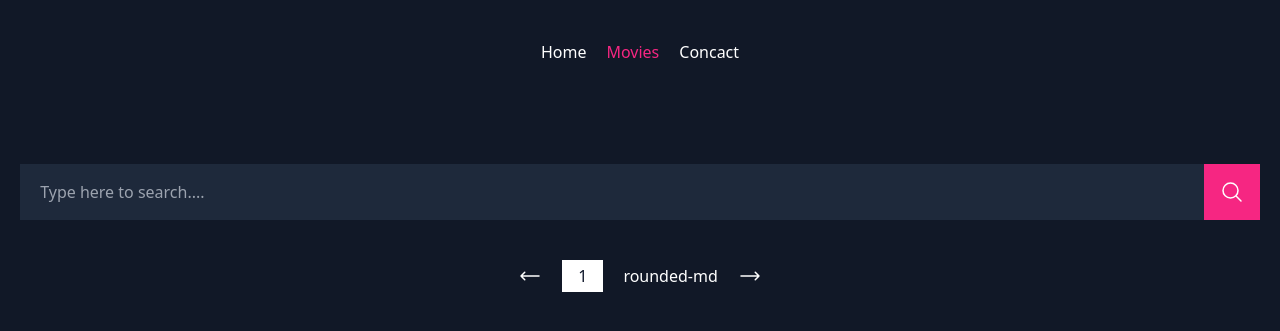
Repository: kieuduc123/ProjectMini-Movies
Page: /movies
These files come from the project's save history. The page is drawn as it stood at one moment and after the next save; the edit follows.
The browser window is 1280 px wide. The pictures show the whole page.
The page's requests for data from a server got no answer. The project was rebuilt for these pictures with package versions that can differ from the ones it lists, and the page was loaded fresh each time. No one was signed in, and anything a server would have sent is missing. Also part of the build but not shown: vite.config.js, src/components/banner/Banner.jsx, src/components/movie/MoviCard.jsx, src/components/movie/MoviList.jsx, src/page/Homepage.jsx, src/page/Concact.jsx, src/page/MoviesDetails.jsx.

Above is the page before, as saved 2023-09-06 22:11:56.

### src/main.jsx
import React from 'react'
import ReactDOM from 'react-dom/client'
import App from './App.jsx'
import './index.scss'
import { BrowserRouter } from 'react-router-dom'

ReactDOM.createRoot(document.getElementById('root')).render(
  <React.StrictMode>
    <BrowserRouter>
    <App />
    </BrowserRouter>
  </React.StrictMode>,
)

### src/App.jsx
import { Fragment } from "react";
// import { NavLink } from "react-router-dom";
import "swiper/scss";
// import MoviList from "./components/movie/MoviList";
import Banner from "./components/banner/Banner";
import { Route, Routes } from "react-router-dom";
import Main from "./layout/Main";
import Homepage from "./page/Homepage";
import MoviesPage from "./page/MoviesPage";
import Concact from "./page/Concact";
import MoviesDetails from "./page/MoviesDetails";


function App() {
  return (
   <Fragment>
    {/* <Banner></Banner> */}

   <Routes>
    <Route  element= {<Main></Main>}>
      {/* <Route path="/" element={<Banner></Banner>}></Route> */}
      <Route path="/" element={
        <>
        <Banner></Banner>
        <Homepage></Homepage>
        </>
        } > </Route>
        <Route path="/movies" element={<MoviesPage></MoviesPage>} >
        </Route>
        <Route  path="/movie/:movieId/" element= {<MoviesDetails></MoviesDetails>}></Route>
        <Route path="/concact" element = {<Concact></Concact>}></Route>
    </Route>
   </Routes>
   </Fragment>
  )
}

export default App

### src/index.scss
@tailwind base;
@tailwind components;
@tailwind utilities;

@layer base {
    body {
        @apply bg-gray-900 px-5 text-white
    }
}
@layer components {
    .page-container {
        max-width: 1280px;
        margin-left: auto;
        margin-right: auto;
    }
    .movies-list .swiper-slide {
        width: 300px !important;
        height: auto;
    }
    .banner .swiper {
        height: 100%;
    }
}

### src/layout/Main.jsx
import React, { Fragment } from 'react';
import Header from './Header';
import { Outlet } from 'react-router-dom';
const Main = () => {
    return (
    <Fragment>
       <Header></Header>
       <Outlet></Outlet>
    </Fragment>


    );
};

export default Main;

### src/page/MoviesPage.jsx
import React, { useEffect, useState } from 'react';
import MoviList from '../components/movie/MoviList';
import { fetcher } from '../config';
import useSWR from "swr";
import MoviCard from '../components/movie/MoviCard';
import useDebounce from '../hooks/useDebounce';

const MoviesPage = () => {
    const [filter,setFileter] = useState("");
    const [url,setUrl] = useState("https://api.themoviedb.org/3/movie/popular?api_key=82f981a5eeb9176fcf0342b76912bc77");
    const filterDebounce = useDebounce(filter,500);
    const handleFilter  = (e) => {
        setFileter(e.target.value);
    };
    const {data,error} = useSWR ( url, fetcher);
    const loading = !data && !error;
   useEffect(() => {
    if(filterDebounce) {
        setUrl(
            `https://api.themoviedb.org/3/search/movie?api_key=82f981a5eeb9176fcf0342b76912bc77&query=${filterDebounce}`);
    } else {
        setUrl(
            `https://api.themoviedb.org/3/movie/popular?api_key=82f981a5eeb9176fcf0342b76912bc7`
        );
    }
   },[filterDebounce]);
   const movies = data ?.results || [];
    return (
        <div className='py-10 page-container'>
            <div className="flex mb-10">
                <div className="flex-1">
                    <input onChange={handleFilter}  type="text" className='w-full p-4  outline-none  bg-slate-800 text-white ' placeholder= " Type here to search...." />
                </div>
                <button className='p-4 bg-primary text-white'>
                <svg xmlns="http://www.w3.org/2000/svg" fill="none" viewBox="0 0 24 24" strokeWidth="1.5" stroke="currentColor" class="w-6 h-6">
                     <path strokeLinecap="round" strokeLinejoin="round" d="M21 21l-5.197-5.197m0 0A7.5 7.5 0 105.196 5.196a7.5 7.5 0 0010.607 10.607z" />
                 </svg>
                </button>
            </div>
         {loading && (
            <div className='w-10 h-10 rounded-full border-4 border-primary border-t-transparent animate-spin'></div>
         )}
        <div className="grid grid-cols-4 gap-10">
            {!loading && movies.length > 0 &&
            movies.map((item) => (
                <MoviCard key={item.id} item={item}></MoviCard>
            ))}
        </div>
        <div className="flex items-center justify-center mb-10 gap-x-5">
            <span>
            <svg xmlns="http://www.w3.org/2000/svg" fill="none" viewBox="0 0 24 24" strokeWidth="1.5" stroke="currentColor" class="w-6 h-6">
  <path strokeLinecap="round" strokeLinejoin="round" d="M6.75 15.75L3 12m0 0l3.75-3.75M3 12h18" />
</svg>

            </span>
            <span className='cursor-pointer inline-block bg-white text-slate-900 leading-none py-2 px-4'>1</span>rounded-md

            <span><svg xmlns="http://www.w3.org/2000/svg" fill="none" viewBox="0 0 24 24" strokeWidth="1.5" stroke="currentColor" class="w-6 h-6">
  <path strokeLinecap="round" strokeLinejoin="round" d="M17.25 8.25L21 12m0 0l-3.75 3.75M21 12H3" />
</svg>
</span>
        </div>
        </div>
    );
};

export default MoviesPage;

### src/config.jsx
export const fetcher = (...args) => fetch(...args).then((res) => res.json());
export const api_key = "82f981a5eeb9176fcf0342b76912bc77";

### src/layout/Header.jsx
import React from 'react';
import { NavLink } from 'react-router-dom';

const Header = () => {
    return (
    <header className="header flex items-center justify-center gap-x-5  text-white py-10 mb-5">
         <NavLink to= "/"
         className={({isActive}) => (isActive ? "text-primary" : "")}
         >Home</NavLink>
         <NavLink to= "/movies" className={({isActive}) => (isActive ?   "text-primary" :"")}>Movies</NavLink>
         <NavLink to= "/concact " className={({isActive}) => (isActive ?   "text-primary" :"")}>Concact</NavLink>
   </header>
    );
};

export default Header;

### src/hooks/useDebounce.js
import { useEffect, useState } from "react";

export default function useDebounce(initializeValue = "", delay = 1000) {
  const [debounceValue, setDebounceValue] = useState(initializeValue);
  useEffect(() => {
    const timer = setTimeout(() => {
      setDebounceValue(initializeValue);
    }, delay);
    return () => {
      clearTimeout(timer);
    };
  }, [delay, initializeValue]);
  return debounceValue;
}

### tailwind.config.js
/** @type {import('tailwindcss').Config} */
export default {
  content: [
    "./index.html",
    "./src/**/*.{js,ts,jsx,tsx}",
  ],
  theme: {
    extend: {
      colors: {
        primary : "#F62682",
      }
    },
  },
  plugins: [],
}

Loaded but not shown: index.html (common file)

After the next save:
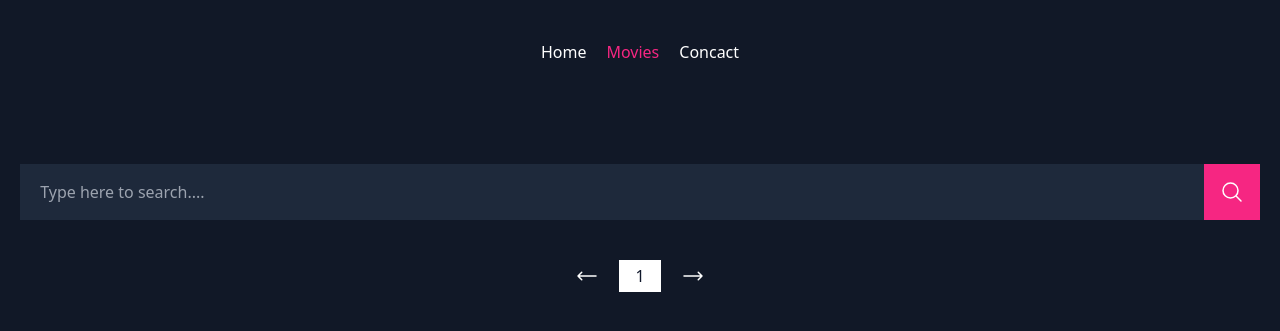
Saved 6 s later.
--- a/src/page/MoviesPage.jsx
+++ b/src/page/MoviesPage.jsx
@@ -53,7 +53,7 @@ const MoviesPage = () => {
 </svg>
 
             </span>
-            <span className='cursor-pointer inline-block bg-white text-slate-900 leading-none py-2 px-4'>1</span>rounded-md
+            <span className='cursor-pointer inline-block bg-white text-slate-900 leading-none py-2 px-4'>1</span>
 
             <span><svg xmlns="http://www.w3.org/2000/svg" fill="none" viewBox="0 0 24 24" strokeWidth="1.5" stroke="currentColor" class="w-6 h-6">
   <path strokeLinecap="round" strokeLinejoin="round" d="M17.25 8.25L21 12m0 0l-3.75 3.75M21 12H3" />
